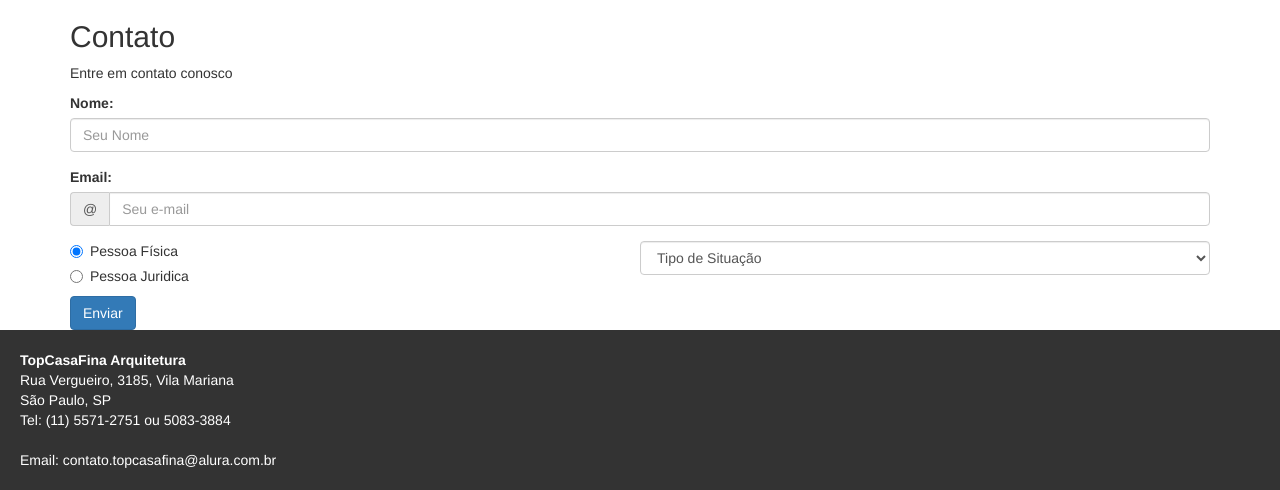
Repository: daviemer/bootstrap-alura
Page: index2.html
The author's editor kept a copy of each file at every save. The page is drawn from the files as they stood at one save, then again after the next save.
The browser window is 1280 px wide. The pictures show the part of the page from y = 5880 to 6370 px (the page is 6370 px tall).

Above is the page before, as saved 2022-07-13 18:38:03.

### index2.html
<!DOCTYPE html>
<html lang="pt-br">

<head>
  <meta charset="UTF-8" />
  <meta http-equiv="X-UA-Compatible" content="IE=edge" />
  <meta name="viewport" content="width=device-width, initial-scale=1.0" />
  <title>Document</title>
  <link rel="stylesheet" href="bootstrap/css/bootstrap.min.css" type="text/css" />
  <link rel="stylesheet" href="style.css" />
</head>

<body>
  <section class="container">
    <h2>Sobre Nós</h2>
    <img class="img-responsive" src="assets/img/empresa.jpg" alt="" />

    <div class="panel-group" id="paineis-sobre">
      <div class="panel panel-default">
        <div class="panel-heading">
          <h3 class="panel-title" data-toggle="collapse" data-target="#primeiro-paragrafo" data-parent="#paineis-sobre">
            Desde 1935
          </h3>
        </div>
        <div id="primeiro-paragrafo" class="collapse">
          <div class="panel-body">
            <p>
              Desde 1935 trazendo casas, mansões e prédios lindos para o
              mundo.
            </p>
          </div>
        </div>
      </div>
      <div class="panel panel-default">
        <div class="panel-heading">
          <h3 class="panel-title" data-toggle="collapse" data-target="#segundo-paragrafo" data-parent="#paineis-sobre">
            Preços acessíveis
          </h3>
        </div>
        <div id="segundo-paragrafo" class="collapse">
          <div class="panel-body">
            <p>Preços a partir de R$ 1000,00.</p>
          </div>
        </div>
      </div>
      <div class="panel panel-default">
        <div class="panel-heading">
          <h3 class="panel-title" data-toggle="collapse" data-target="#terceiro-paragrafo" data-parent="#paineis-sobre">
            Alegria para colaborar com um mundo mais bonito
          </h3>
        </div>
        <div id="terceiro-paragrafo" class="collapse">
          <div class="panel-body">
            <p>
              Trazendo alegria para a vida das pessoas que tem dinheiro para
              gastar.
            </p>
          </div>
        </div>
      </div>
    </div>
  </section>

  <div class="jumbotron">
    <div class="container">
      <h3>Mais de 300 prêmios em design e em conforto.</h3>
      <p>Mais de 5 milhões de cliente satisfeitos em todo o mundo todo.</p>
    </div>
  </div>

  <section class="container">
    <h2>Nossos Projetos</h2>

    <figure class="thumbnail">
      <img src="assets/img/projetos/casa-castelo.png" alt="Foto da Casa Castelo" />
      <figcaption class="caption">
        <h3>Casa Castelo</h3>
        <p>
          A Casa Castelo é o último lançamento da TopCasaFina feita para um
          monge.
        </p>
      </figcaption>
    </figure>
    <figure class="thumbnail">
      <img src="assets/img/projetos/casa-lago.png" alt="Foto da Casa Castelo" />
      <figcaption class="caption">
        <h3>Casa Castelo</h3>
        <p>
          A Casa Castelo é o último lançamento da TopCasaFina feita para um
          monge.
        </p>
      </figcaption>
    </figure>
    <figure class="thumbnail">
      <img src="assets/img/projetos/mercado-marapira.png" alt="Foto da Casa Castelo" />
      <figcaption class="caption">
        <h3>Casa Castelo</h3>
        <p>
          A Casa Castelo é o último lançamento da TopCasaFina feita para um
          monge.
        </p>
      </figcaption>
    </figure>
    <figure class="thumbnail">
      <img src="assets/img/projetos/palacio-dionisio.png" alt="Foto da Casa Castelo" />
      <figcaption class="caption">
        <h3>Casa Castelo</h3>
        <p>
          A Casa Castelo é o último lançamento da TopCasaFina feita para um
          monge.
        </p>
      </figcaption>
    </figure>
    <figure class="thumbnail">
      <img src="assets/img/projetos/residencia-ludi.png" alt="Foto da Casa Castelo" />
      <figcaption class="caption">
        <h3>Casa Castelo</h3>
        <p>
          A Casa Castelo é o último lançamento da TopCasaFina feita para um
          monge.
        </p>
      </figcaption>
    </figure>
  </section>

  <section>
    <h2 class="container titulo-depoimentos">Depoimentos de Clientes</h2>

    <div id="carousel-example-generic" class="carousel slide" data-ride="carousel">
      <!-- Indicators -->
      <ol class="carousel-indicators">
        <li data-target="#carousel-example-generic" data-slide-to="0" class="active"></li>
        <li data-target="#carousel-example-generic" data-slide-to="1"></li>
        <li data-target="#carousel-example-generic" data-slide-to="2"></li>
      </ol>

      <!-- Wrapper for slides -->
      <div class="carousel-inner" role="listbox">
        <div class="item active">
          <img src="assets/img/depoimentos/depoimento1.png" alt="Depoimento 1" />
          <div class="carousel-caption">
            <h3>Yuri Padilha</h3>
            <p>Gostei muito.</p>
          </div>
        </div>
        <div class="item">
          <img src="assets/img/depoimentos/depoimento2.png" alt="Depoimento 2" />
          <div class="carousel-caption">
            <h3>Fernando Stefaneni</h3>
            <p>Excelente trabalho</p>
          </div>
        </div>
        <div class="item">
          <img src="assets/img/depoimentos/depoimento3.png" alt="Depoimento 3" />
          <div class="carousel-caption">
            <h3>Caio Sauzas</h3>
            <p>Gostei, competência em primeiro lugar.</p>
          </div>
        </div>
      </div>

      <!-- Controls -->
      <a class="left carousel-control" href="#carousel-example-generic" role="button" data-slide="prev">
        <span class="glyphicon glyphicon-chevron-left" aria-hidden="true"></span>
        <span class="sr-only">Previous</span>
      </a>
      <a class="right carousel-control" href="#carousel-example-generic" role="button" data-slide="next">
        <span class="glyphicon glyphicon-chevron-right" aria-hidden="true"></span>
        <span class="sr-only">Next</span>
      </a>
    </div>
  </section>

  <section class="container">
    <h2>Vídeo Institucional</h2>
    <div class="embed-responsive embed-responsive-16by9">
      <iframe width="560" height="315" src="https://www.youtube.com/embed/i_3Pv1AygeI" frameborder="0"
        allowfullscreen></iframe>
    </div>
  </section>
  <form action="" class="container">
      <h2>Contato</h2>
      <p>Entre em contato conosco</p>
      <div class="form-group">
        <label for="contato-name">Nome:</label>
        <input class="form-control" id="contato-name" type="text" placeholder="Seu Nome">
      </div>
      <div class="form-group">
        <label for="contato-email">Email:</label>
        <div class="input-group">
          <div class="input-group-addon">@</div>
          <input class="form-control" id="contato-email" type="email" placeholder="Seu e-mail">
        </div>
      </div>
      <div class="grupo-radio">
        <div class="radio">
          <label><input type="radio" name="tipo-pessoa" checked>Pessoa Física</label>
        </div>
        <div class="radio">
          <label><input type="radio" name="tipo-pessoa">Pessoa Juridica</label>
        </div>
      </div><select name="" id="" class="contato-select form-control">
        <option disabled selected>Tipo de Situação</option>
        <option value="">Casa</option>
        <option value="">Apartamento</option>
        <option value="">Mansão</option>


      </select>
      <button class="btn btn-primary" type="submit">Enviar</button>
  </form>


  <footer>
    <address>
      <strong>TopCasaFina Arquitetura</strong><br>
      Rua Vergueiro, 3185, Vila Mariana<br>
      São Paulo, SP<br>
      Tel: (11) 5571-2751 ou 5083-3884<br>
    </address>
    <address>
      Email: contato.topcasafina@alura.com.br
    </address>
  </footer>






  <script src="jquery.js"></script>
  <script src="bootstrap/js/bootstrap.min.js"></script>
</body>

</html>

### style.css
#paineis-sobre{
  margin-top: 20px;
}

.titulo-depoimentos {
  background-color: #0275d8;
  padding-top: 25px;
  padding-bottom: 25px;
  color: #fff;
  font-weight: bold;
  font-size: 25px;
}

.grupo-radio,.contato-select {
  width: 50%;
  display: inline-block;
  vertical-align: top;
}

.contato-select {
  float: right;
}

.grupo-radio .radio:first-child {
  margin-top: 0;
}

footer {
  background-color: #333;
  color: #fff;
  padding: 20px;
}

footer address:last-child {
  margin-bottom: 0;
}

Loaded but not shown: bootstrap/css/bootstrap.min.css (library); jquery.js (library); bootstrap/js/bootstrap.min.js (library)

After the next save:
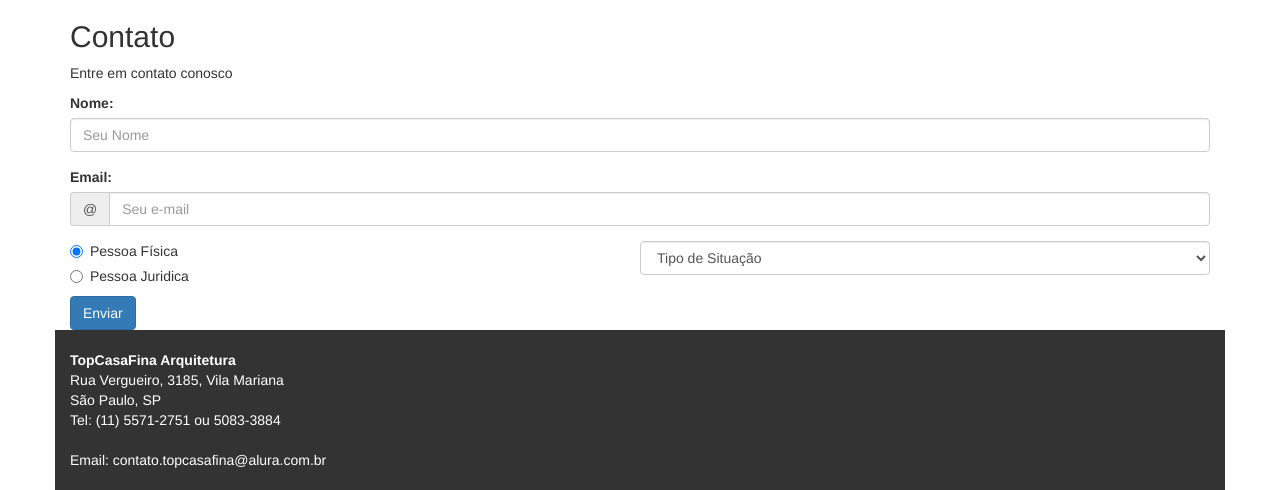
Saved 19 s later.
--- a/index2.html
+++ b/index2.html
@@ -211,7 +211,7 @@
   </form>
 
 
-  <footer>
+  <footer class="container">
     <address>
       <strong>TopCasaFina Arquitetura</strong><br>
       Rua Vergueiro, 3185, Vila Mariana<br>

After the save that followed:
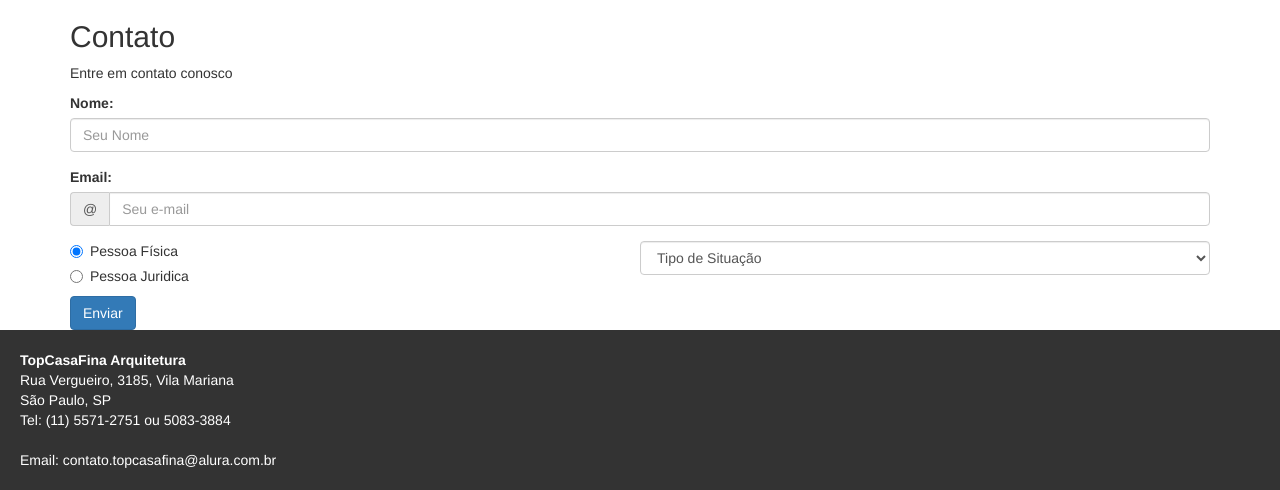
Saved 11 s later.
--- a/index2.html
+++ b/index2.html
@@ -211,7 +211,7 @@
   </form>
 
 
-  <footer class="container">
+  <footer>
     <address>
       <strong>TopCasaFina Arquitetura</strong><br>
       Rua Vergueiro, 3185, Vila Mariana<br>
